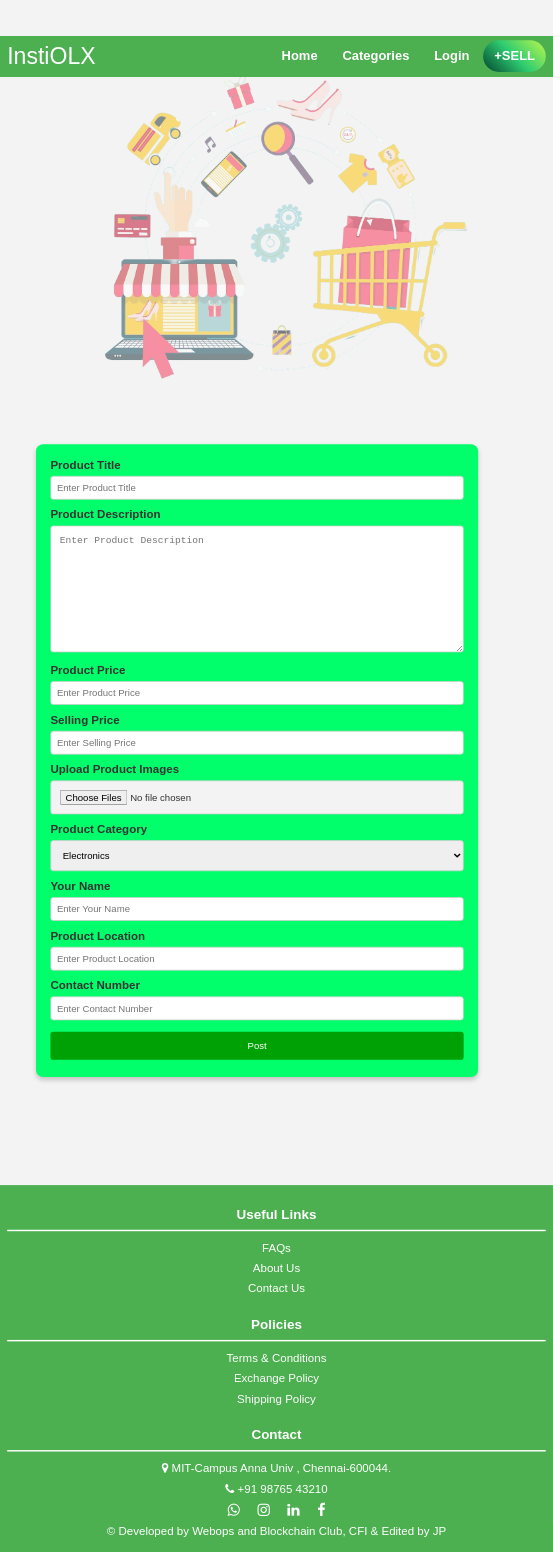
Repository: John-Prabu-A/web-dev-summer-school
Page: Session_1_Assignment/sell.html
An editor plug-in stored every save of this project. The page is shown before and after the next save, followed by the edit.
The browser window is 768 px wide. The pictures show the whole page, at 72% of full size.

Above is the page before, as saved 2024-06-20 16:35:03.

### Session_1_Assignment/sell.html
<!DOCTYPE html>
<html lang="en">

<head>
    <meta charset="UTF-8">
    <meta name="viewport" content="width=device-width, initial-scale=1.0">
    <title>InstiOLX</title>
    <link rel="stylesheet" href="Styles.css">
    <link rel="stylesheet" href="https://cdnjs.cloudflare.com/ajax/libs/font-awesome/4.7.0/css/font-awesome.min.css">
    <link rel="stylesheet" href="sell-page.css">
</head>

<body>
    <header>
        <div id="logo">InstiOLX</div>
        <div class="navbar">
          <span class="nav-link">
            <a href="/Session_1_Assignment/index.html">Home</a>
          <a href="#">Categories</a>
          <a href="#">Login</a>
          </span>
          <a href="/Session_1_Assignment/sell.html" style="background:linear-gradient(45deg, #03442e, #2ECC71 , #BDF74B );text-align:center;border-radius:40px;">+SELL</a>
        </div>
    </header>

    <img src="/Session_1_Assignment/sell-page-bg.png" alt="sell-page-image">
    <form action="" class="container" method="post">
        <label for="product-title"><b>Product Title</b></label>
        <input type="text" placeholder="Enter Product Title" name="product-title" required>

        <Lable for="product-description"><b>Product Description</b></Lable>
        <textarea name="product-description" id="product-description" cols="30" rows="10"
            placeholder="Enter Product Description" required></textarea>

        <label for="product-price"><b>Product Price</b></label>
        <input type="text" placeholder="Enter Product Price" name="product-price" required>

        <label for="selling-price"><b>Selling Price</b></label>
        <input type="text" placeholder="Enter Selling Price" name="selling-price" required>

        <!-- multiple photo upload -->
        <label for="product-image"><b>Upload Product Images</b></label>
        <input type="file" name="product-image" id="product-image" multiple required>

        <label for="product-category"><b>Product Category</b></label>
        <select name="product-category" id="product-category" required>
            <option value="electronics">Electronics</option>
            <option value="furniture">Furniture</option>
            <option value="vehicles">Vehicles</option>
            <option value="clothing">Clothing</option>
            <option value="books">Books</option>
            <option value="miscellaneous">Miscellaneous</option>
            <option value="other">Other</option>
        </select>

        <label for="seller-name"><b>Your Name</b></label>
        <input type="text" placeholder="Enter Your Name" name="seller-name" required>

        <label for="product-location"><b>Product Location</b></label>
        <input type="text" placeholder="Enter Product Location" name="product-location" required>

        <label for="product-contact"><b>Contact Number</b></label>
        <input type="text" placeholder="Enter Contact Number" name="product-contact" required>

        <button type="submit">Post</button>
    </form>
    <footer class="footer">
        <div class="footer-container">
            <div class="footer-column">
                <h3>Useful Links</h3>
                <ul>
                    <li><a href="#">FAQs</a></li>
                    <li><a href="#">About Us</a></li>
                    <li><a href="#">Contact Us</a></li>
                </ul>
            </div>
            <div class="footer-column">
                <h3>Policies</h3>
                <ul>
                    <li><a href="#">Terms & Conditions</a></li>
                    <li><a href="#">Exchange Policy</a></li>
                    <li><a href="#">Shipping Policy</a></li>
                </ul>
            </div>
            <div class="footer-column">
                <h3>Contact</h3>
                <p><i class="fa fa-map-marker"></i> MIT-Campus Anna Univ , Chennai-600044.</p>
                <p><i class="fa fa-phone"></i> +91 98765 43210</p>
                <div class="social-icons">
                    <a href="#" class="fa fa-whatsapp"></a>
                    <a href="#" class="fa fa-instagram"></a>
                    <a href="#" class="fa fa-linkedin"></a>
                    <a href="#" class="fa fa-facebook"></a>
                </div>
            </div>
            © Developed by Webops and Blockchain Club, CFI & Edited by JP
        </div>
    </footer>
</body>

</html>

### Session_1_Assignment/Styles.css
* {
    box-sizing: border-box;
    margin: 0;
    padding: 0;
}

body {
    font-family: 'Gill Sans', 'Gill Sans MT', Calibri, 'Trebuchet MS', sans-serif;
    background-color: white;
    color: #333;
}

header{
    background-color: #4CAF50;
    color: white;
    padding: 10px;
    display: flex;
    justify-content: space-between;
    align-items: center;
    position: fixed;
    width: 100%;
    z-index: 100;
  }
  header #logo {
    font-size: 2em;
  }

  header .navbar a{
    color: white;
    font-weight: bold;
    font-size: 18px;
    padding: 12px 15px;
    text-decoration: none;
  }
  header .navbar a:hover{
    background-color: #45a049;
  }
.banner {
    position: relative;
    padding: 60px 0 0 0;
}

.banner img {
    width: 100%;
}

.search-bar {
    margin: 20px;
    display: flex;
    justify-content: center;
}

.search-bar input[type="text"] {
    width: 300px;
    padding: 10px;
    border: 2px solid #4CAF50;
    border-radius: 5px 0 0 5px;
    border-right: 0;
    outline: none;             /*On starting to type it creates balck border by default,so to avoid it v use this*/
}

.search-bar button {
    padding: 10px 20px;
    border: 2px solid #4CAF50;
    border-left: 0;
    background-color: #4CAF50;
    color: white;
    cursor: pointer;
    border-radius: 0 5px 5px 0;
}

.search-bar button:hover {
    background-color: #45a049;
}

.slideshow-container {
    display: flex;
    justify-content: center;
    gap: 50px;
    flex-wrap: wrap;
}

.slideshow {
    position: relative;
    width: 350px;
    height: 350px;
    overflow: hidden;
    border-radius: 20px;
    border: 2px solid #ddd;
    box-shadow: 0 0 10px rgba(0, 0, 0, 0.1);
}

.slideshow-image {
    position: absolute;
    width: 100%;
    height: 100%;
    background-size: cover;
    opacity: 0;
    animation-iteration-count: infinite;
}

.image1 { background-image: url('https://encrypted-tbn0.gstatic.com/images?q=tbn:ANd9GcQVwGVsuaL7RGKo6A_Sqq83s5_6XYFMhHsjug&s');
          animation-name: fade1;
          animation-duration: 4s; }
.image2 { background-image: url('https://5.imimg.com/data5/WS/NI/FV/SELLER-11710265/mad-maxx-bicycles-avengers-single-kids-cycle-500x500.jpg');
          animation-name: fade2;
          animation-duration: 4s; }
.image3 { background-image: url('https://5.imimg.com/data5/SELLER/Default/2022/7/YX/MH/UK/153492086/pulsar-150cc-twin-disk-500x500.png');
          animation-name: fade3;
          animation-duration: 4s; }
.image4 { background-image: url('https://cpimg.tistatic.com/07673503/b/4/Toyota-Innova-Crysta.jpg');
          animation-name: fade1;
          animation-duration: 4s; }
.image5 { background-image: url('https://tiimg.tistatic.com/fp/1/007/862/most-advanced-modern-premium-lg-7-kg-front-fully-automatic-washing-machine-255.jpg');
          animation-name: fade2;
          animation-duration: 4s; }
.image6 { background-image: url('https://5.imimg.com/data5/SELLER/Default/2022/3/MI/KE/UL/19250422/whirlpool-1-0-ton-3-star-inverter-split-ac-500x500.jpg');
          animation-name: fade3;
          animation-duration: 4s; }
.image7 { background-image: url('https://5.imimg.com/data5/SELLER/Default/2021/8/HZ/XR/AC/8962391/household-vacuum-cleaner-500x500.jpg');
          animation-name: fade1;
          animation-duration: 4s; }
.image8 { background-image: url('https://static.nbastore.in/resized/500X500/50/nba-authentic-series-indoor-outdoor-basketball-size-7-brown-65146fd7e6af2.jpg');
          animation-name: fade2;
          animation-duration: 4s; }
.image9 { background-image: url('https://m.media-amazon.com/images/I/61KOc8c4xQL._SL1200_.jpg');
          animation-name: fade3;
          animation-duration: 4s; }

@keyframes fade1 {
    0%, 33.33% { opacity: 1; }
    33.34%, 100% { opacity: 0; }
}
@keyframes fade2 {
    0%, 33.33% { opacity: 0; }
    33.34%, 66.66% { opacity: 1; }
    66.67%, 100% { opacity: 0; }
}
@keyframes fade3 {
    0%, 66.66% { opacity: 0; }
    66.67%, 100% { opacity: 1; }
}

.container {
    position: relative;
    max-width: 100%;
  }

    .image {
        opacity: 1;
        display: block;
        width: 100%;
        height: auto;
    }

  .middle {
    opacity: 0;
    position: absolute;
    top: 50%;
    left: 50%;
    transform: translate(-50%, -50%);
    text-align: center;
  }
  .text {
    color: #4CAF50;
    font-size: 16px;
    padding: 16px 32px;
    font-weight: bold;
  }
  .container:hover .image {
    opacity: 0.3;
  }

  .container:hover .middle {
    opacity: 1;
  }


.product-listings {
    display: flex;
    flex-wrap: wrap;
    justify-content: center;
    margin: 20px;
    border: 5px solid #4CAF50;
    border-radius: 15px;
    padding: 25px;
}

.product {
    background-color: white;
    border: 2px solid #e0e0e0;
    border-radius: 10px;
    margin: 30px;
    padding: 15px;
    width: 220px;
    text-align: center;
    transition: transform 0.5s, box-shadow 0.3s;
}

.product:hover {
    box-shadow: 0 4px 8px rgba(0, 0, 0, 0.2);
    transform: scale(1.05);
}

.product img {
    max-width: 100%;
    border-bottom: 1px solid #e0e0e0;
    margin-bottom: 10px;
}

.product-info h2 {
    font-size: 1.2em;
    margin-bottom: 10px;
    color: #4CAF50;
}

.product-info p {
    font-size: 1em;
    color: #777;
}

.footer {
    background-color: #4CAF50;
    color: white;
    text-align: center;
    padding: 20px 0;
    margin-top: 40px;
}

.footer-container {
    display: flex;
    flex-wrap: wrap;
    justify-content: center;
}

.footer-column {
    width: 30%;
    margin: 10px;
}

.footer-column h3 {
    border-bottom: 2px solid #fff;
    padding-bottom: 10px;
    margin-bottom: 15px;
}

.footer-column ul {
    list-style-type: none;
}

.footer-column ul li {
    margin: 10px ;
}

.footer-column ul li a {
    color: white;
    text-decoration: none;
}

.footer-column p {
    margin-top: 10px;
}

.footer-column .social-icons {
    margin-top: 10px;
}

.footer-column .social-icons a {
    color: white;
    text-decoration: none;
    margin: 0 10px;
    font-size: 20px;
}


@media screen and (max-width: 600px) {

    .slideshow-container {
        flex-direction: column;
        gap: 20px;
    }

    .slideshow {
        width: 100%;
        height: 200px;
    }

    .nav-link {
        display: none;
    }

    .product {
        width: 100%;
    }
    .product-listings {
        margin: 10px;
    }
    .footer-column {
        width: 100%;
    }
    .footer-column ul {
        text-align: center;
    }
    .footer-column .social-icons {
        text-align: center;
    }
    .footer-column .social-icons a {
        margin: 0 5px;
    }
}

### Session_1_Assignment/sell-page.css
body {
    font-family: Arial, Helvetica, sans-serif;
    background-color: #f3f3f3;
}

img {
    display: block;
    position: fixed;
    right: 0;
    top: 15%;
    padding: 16px;
    width: 60%;
    height: auto;
    z-index: -1;
    box-sizing: border-box;
    opacity: 0.5;
    transition: opacity 0.2s ease-out;
}

.sticky-container {
    position: -webkit-sticky;
    position: sticky;
    top: 0;
    height: 100px;
}

.container {
    display: block;
    position: relative;
    top: 100px;
    padding: 16px;
    margin: 0 20px 150px 50px;
    background-color: #00ff6a;
    padding: 20px;
    width: 40%;
    border-radius: 10px;
    box-shadow: 0 4px 8px 0 rgba(0, 0, 0, 0.2);
}

input[type=text],
select,
textarea {
    width: 100%;
    padding: 8px;
    border: 1px solid #ccc;
    border-radius: 4px;
    box-sizing: border-box;
    margin-top: 6px;
    margin-bottom: 12px;
    resize: vertical;
}

button {
    background-color: #00a105;
    color: white;
    padding: 12px 20px;
    margin: 4px 0;
    border: none;
    border-radius: 4px;
    cursor: pointer;
    width: 100%;
}

button:hover {
    background-color: #007506;
}

.container label {
    font-weight: bold;
}

.container select {
    width: 100%;
    padding: 12px;
    border: 1px solid #ccc;
    border-radius: 4px;
    box-sizing: border-box;
    margin-top: 6px;
    margin-bottom: 12px;
    resize: vertical;
}

.container textarea {
    width: 100%;
    padding: 12px;
    border: 1px solid #ccc;
    border-radius: 4px;
    box-sizing: border-box;
    margin-top: 6px;
    margin-bottom: 12px;
    resize: vertical;
}

.container input[type=file] {
    width: 100%;
    padding: 12px;
    border: 1px solid #ccc;
    background-color: #f3f3f3;
    border-radius: 4px;
    box-sizing: border-box;
    margin-top: 6px;
    margin-bottom: 12px;
    resize: vertical;
}

@media (max-width: 768px) {
    .product-listings {
        margin: 10px;
    }

    .product {
        margin: 10px;
    }

    img {
        width: 100%;
        margin-top: 50px;
        display: block;
        position: relative;
    }

    .container {
        width: 80dvw;
        margin-top: 0px;
        top: 0;
    }

    .footer-column {
        width: 100%;
    }
}

After the next save:
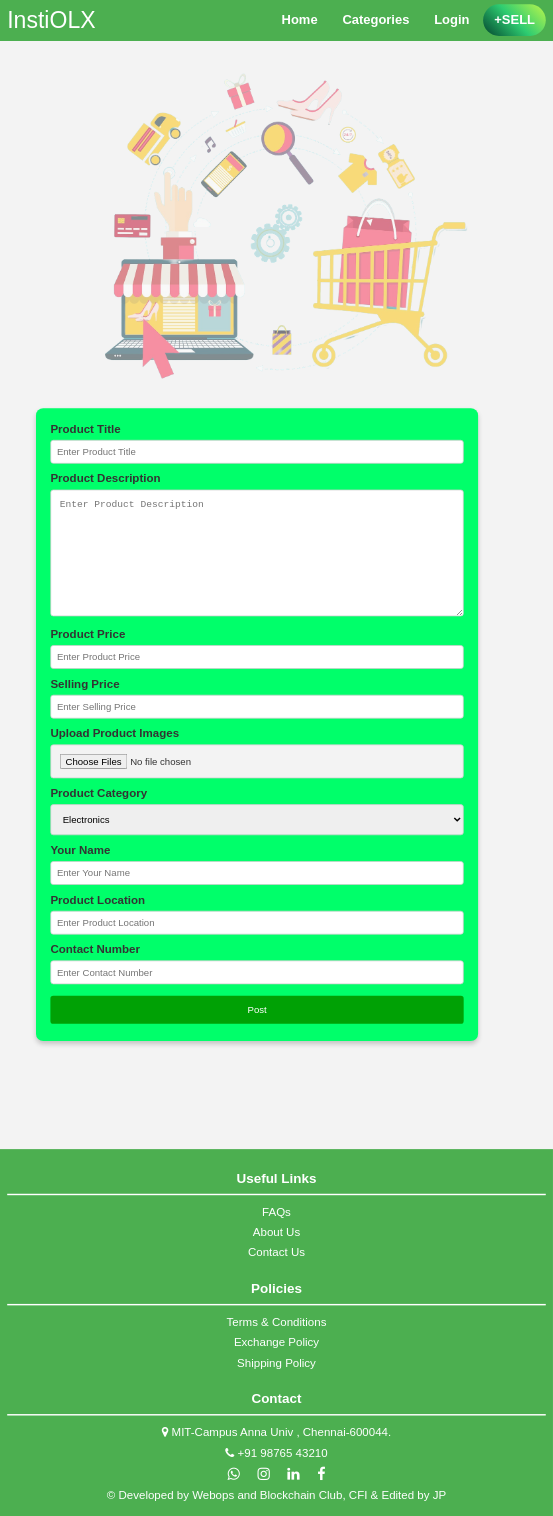
Saved 18 s later.
--- a/Session_1_Assignment/sell-page.css
+++ b/Session_1_Assignment/sell-page.css
@@ -114,7 +114,8 @@ button:hover {
 
     img {
         width: 100%;
-        margin-top: 50px;
+
+        top: 50px;
         display: block;
         position: relative;
     }
